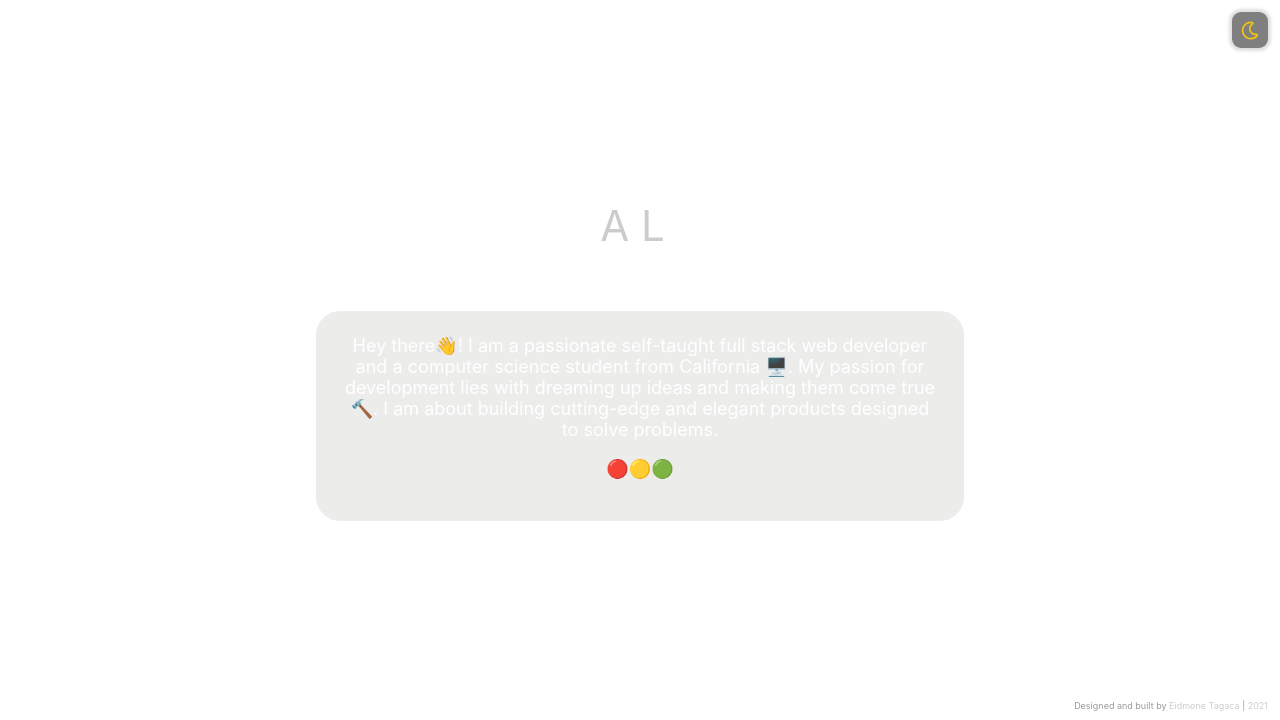
Repository: Tagaca19e/ET
Page: /
The author's editor kept a copy of each file at every save. The page is drawn from the files as they stood at one save, then again after the next save.
The browser window is 1280 px wide. The pictures show the whole page.
The project was rebuilt for these pictures with package versions that can differ from the ones it lists, and the page was loaded fresh each time. Also part of the build but not shown: src/icons/Sun.jsx, src/icons/Resume.jsx.

Above is the page before, as saved 2021-07-22 23:44:09.

After the next save:
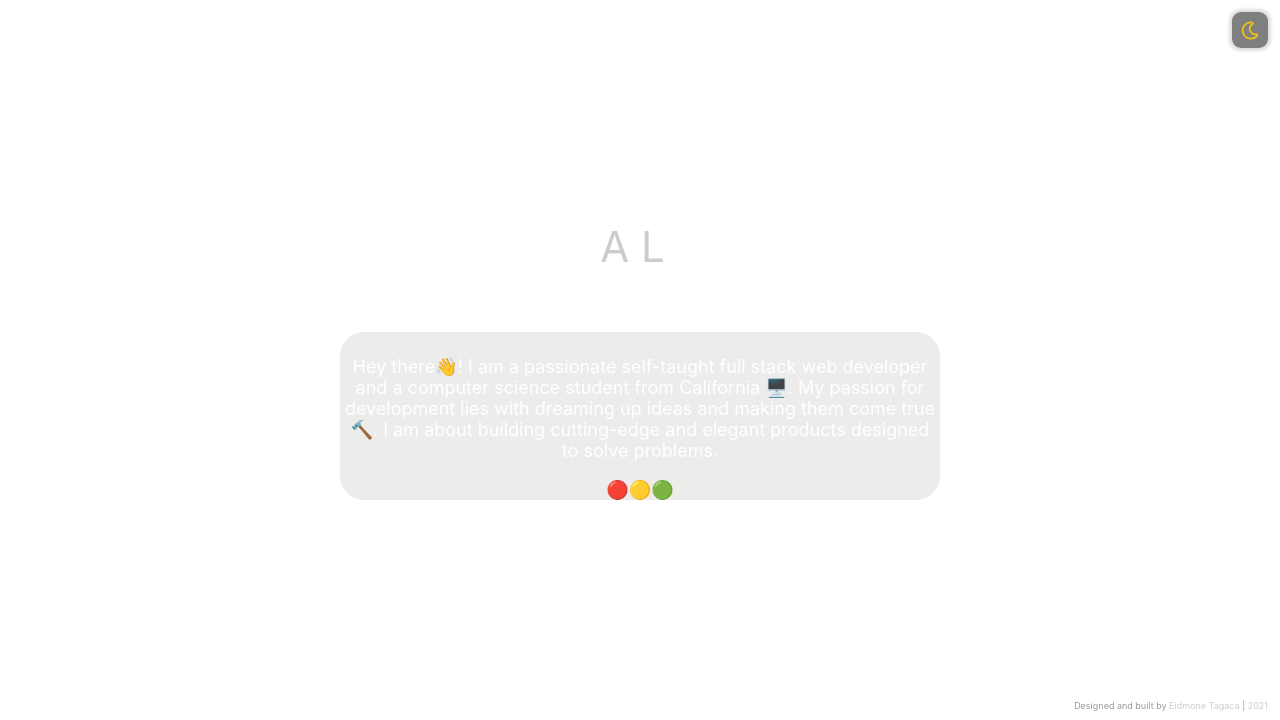
Saved 11 s later.
--- a/src/components/Content.jsx
+++ b/src/components/Content.jsx
@@ -40,7 +40,7 @@ const C = {
     background: rgba(138, 138, 134, 0.16);
     border-radius: 2rem;
     font-style: bold;
-    padding: 2rem;
+    padding-top: 2rem;
 
     @media only screen and (max-device-width: 820px) and (-webkit-min-device-pixel-ratio: 2) {
       font-size: 1.5rem;
